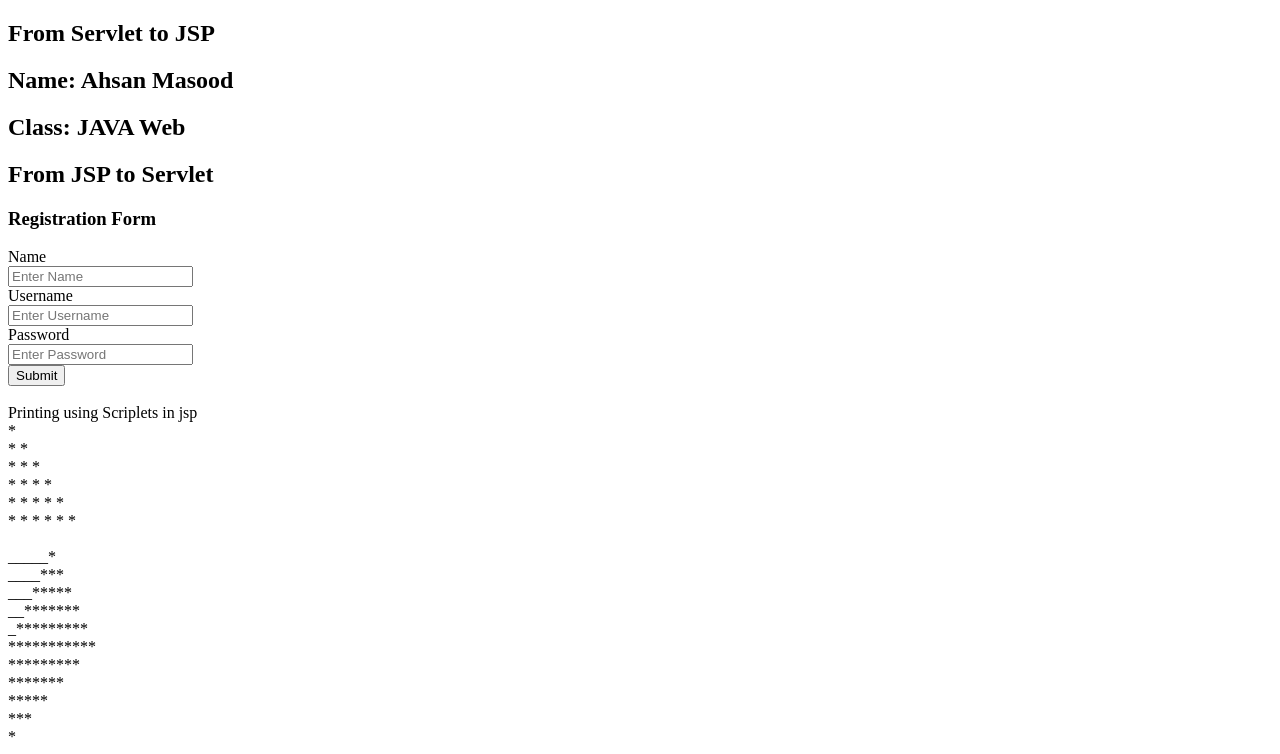
Repository: Ahsan-Masood98/Java-Web-Eng
Page: http://localhost/week2lab/helloworld
An editor plug-in stored every save of this project. The page is shown before and after the next save, followed by the edit.
The browser window is 1280 px wide. The pictures show the whole page.
The page is served by Tomcat 9.

Above is the page before, as saved 2022-09-21 13:36:29.

### eclipse-workplace/week2lab/src/main/webapp/index.jsp
<%@ page language="java" contentType="text/html; charset=ISO-8859-1" pageEncoding="ISO-8859-1"%>
<!DOCTYPE html>
<html>
<head>
<meta charset="ISO-8859-1">
<title>Week 2 Lab</title>
</head>
<body>
	<h2>From Servlet to JSP</h2>
	<h2>Name: ${name}</h2>
	<h2>Class: ${course}</h2>
	<h2>From JSP to Servlet</h2>
	<h3>Registration Form</h3>
	<form action="helloworld" method ="post">
	<label>Name</label><br/>
	<input type=text name="name" placeholder="Enter Name"/><br/>
	<label>Username</label><br/>
	<input type=text name="username" placeholder="Enter Username"/><br/>
	<label>Password</label><br/>
	<input type=password name="password" placeholder="Enter Password"/><br/>
	<button type="submit">Submit</button>
	</form>
	<br>
	<% out.print("Printing using Scriplets in jsp"); %>
	<br>
	<%
		int row=6;
		for(int i=0; i< row; i++){
			for(int k=0; k<=i; k++)
				out.println("* ");
			out.print("<br/>");
		}
		out.print("<br/>");
	%>
	<%
	for (int i = 1; i <= 6; i++) {
        for (int j = 1; j <= 6 - i; j++) {
            out.print("_");
        }
        for (int j = 1; j <= i * 2 - 1; j++) {
            out.print("*");
        }
        out.println("<br>");
    }

    for (int i = 6 - 1; i > 0; i--) {
        for (int j = 1; j <= j - i; j++) {
            out.print("_");
        }
        for (int j = 1; j <= i * 2 - 1; j++) {
        	out.print("*");
        }
        out.println("<br>");
    }
	%>

</body>
</html>

### eclipse-workplace/week2lab/src/main/java/com/ahsan/helloworld.java
package com.ahsan;

import java.io.IOException;
import java.io.PrintWriter;

import javax.servlet.RequestDispatcher;
import javax.servlet.ServletException;
import javax.servlet.annotation.WebServlet;
import javax.servlet.http.HttpServlet;
import javax.servlet.http.HttpServletRequest;
import javax.servlet.http.HttpServletResponse;

/**
 * Servlet implementation class helloworld
 */
@WebServlet("/helloworld")
public class helloworld extends HttpServlet {
	private static final long serialVersionUID = 1L;

    /**
     * Default constructor.
     */
    public helloworld() {
        // TODO Auto-generated constructor stub
    }

	/**
	 * @see HttpServlet#doGet(HttpServletRequest request, HttpServletResponse response)
	 */
	protected void doGet(HttpServletRequest request, HttpServletResponse response) throws ServletException, IOException {
		// TODO Auto-generated method stub
		response.getWriter().append("Served at: ").append(request.getContextPath());

		String destination ="index.jsp";
		RequestDispatcher requestDispatcher = request.getRequestDispatcher(destination);
		String name = "Ahsan Masood";
		request.setAttribute("name", name);
		String course = "JAVA Web";
		request.setAttribute("course", course);
		requestDispatcher.forward(request, response);
		// or request.getRequestDispatcher("index.js").forward(request, response);
	}

	/**
	 * @see HttpServlet#doPost(HttpServletRequest request, HttpServletResponse response)
	 */
	protected void doPost(HttpServletRequest request, HttpServletResponse response) throws ServletException, IOException {
		// TODO Auto-generated method stub
		doGet(request, response);
		response.setContentType("Text/HTML");
		String name = request.getParameter("name");
		String username = request.getParameter("username");
		String password = request.getParameter("password");
		PrintWriter out = response.getWriter();
		out.println("<h1> Name: " + name + "</h1> <br/> <h1> Username: " + username + "</h1> <br/>");
	}

}

After the next save:
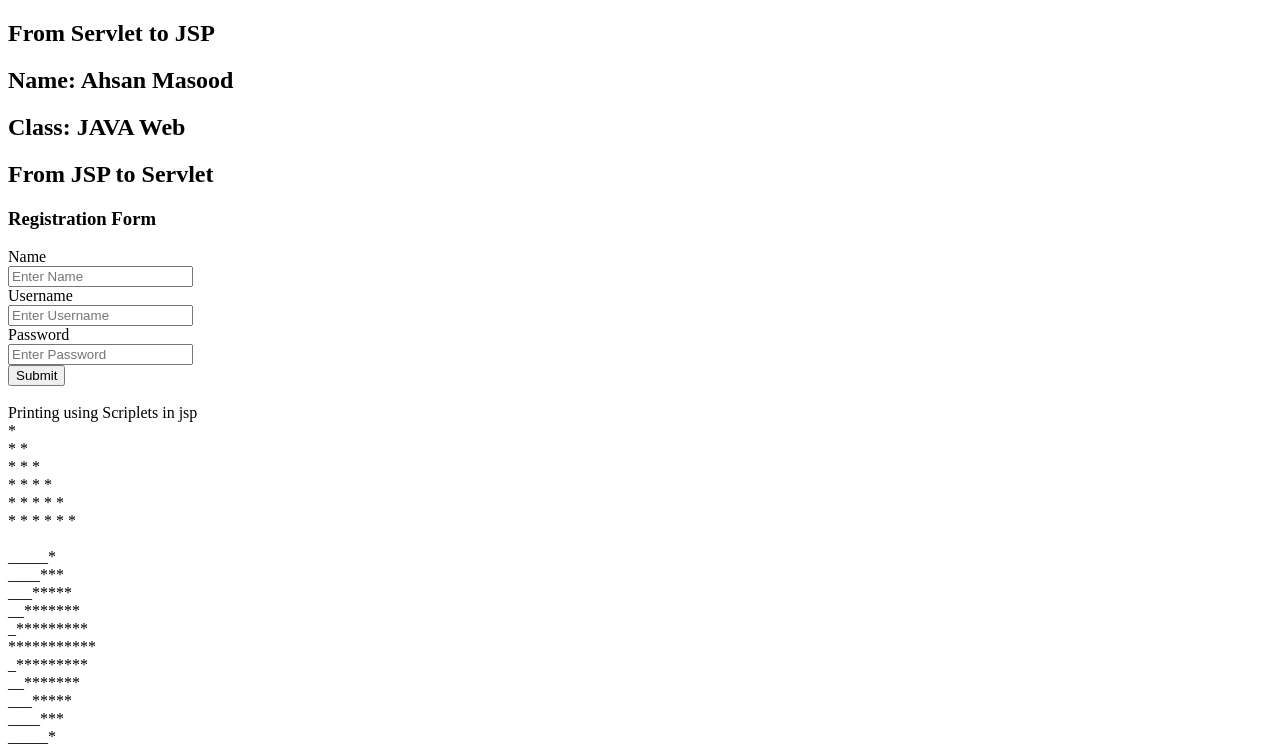
Saved 38 s later.
--- a/eclipse-workplace/week2lab/src/main/webapp/index.jsp
+++ b/eclipse-workplace/week2lab/src/main/webapp/index.jsp
@@ -44,7 +44,7 @@
     }
 
     for (int i = 6 - 1; i > 0; i--) {
-        for (int j = 1; j <= j - i; j++) {
+        for (int j = 1; j <= 6 - i; j++) {
             out.print("_");
         }
         for (int j = 1; j <= i * 2 - 1; j++) {
